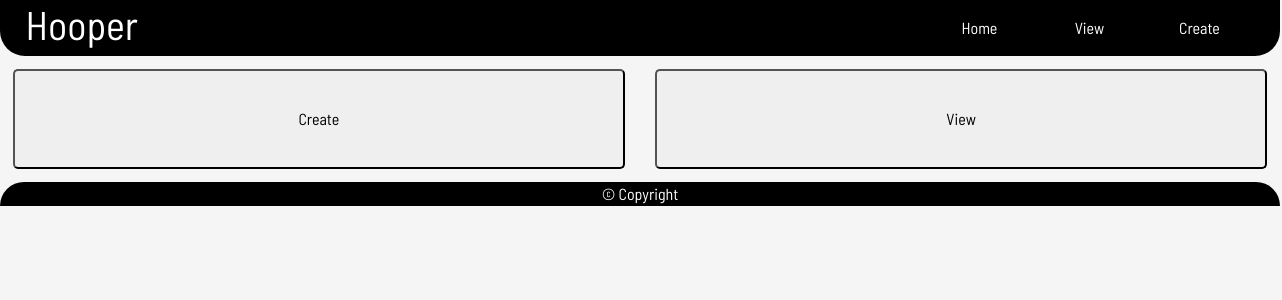
Repository: vlasarte/Hooper
Page: index.html
An editor plug-in stored every save of this project. The page is shown before and after the next save, followed by the edit.
The browser window is 1280 px wide. The page is 1282 px wide, so the pictures cover 1282 px, including what lies to the right of the window. The pictures show the whole page.

Above is the page before, as saved 2020-02-24 17:32:00.

### index.html
<!DOCTYPE html>
<!--[if lt IE 7]>      <html class="no-js lt-ie9 lt-ie8 lt-ie7"> <![endif]-->
<!--[if IE 7]>         <html class="no-js lt-ie9 lt-ie8"> <![endif]-->
<!--[if IE 8]>         <html class="no-js lt-ie9"> <![endif]-->
<!--[if gt IE 8]><!--> <html class="no-js"> <!--<![endif]-->
    <head>
        <meta charset="utf-8">
        <meta http-equiv="X-UA-Compatible" content="IE=edge">
        <title>Hooper</title>
        <meta name="description" content="">
        <meta name="viewport" content="width=device-width, initial-scale=1">
        <link href="https://fonts.googleapis.com/css?family=Barlow+Semi+Condensed&display=swap" rel="stylesheet">
        <link rel="stylesheet" href="https://stackpath.bootstrapcdn.com/bootstrap/4.3.1/css/bootstrap.min.css" integrity="sha384-ggOyR0iXCbMQv3Xipma34MD+dH/1fQ784/j6cY/iJTQUOhcWr7x9JvoRxT2MZw1T" crossorigin="anonymous">
        <link rel="stylesheet" href="assets/css/style.css">
    </head>
    <body>

        <header>
            <h1>Hooper</h1>
            <div class="dropdown">
                <button class="dropbtn">Create</button>
                <div class="dropdown-content">
                    <a href="#">Player</a>
                    <a href="#">Team</a>
                    <a class="dropdown-content-last" href="#">Game</a>
                </div>
            </div>
            <div class="dropdown">
                <button class="dropbtn">View</button>
                <div class="dropdown-content">
                    <a href="viewplayers.html">Players</a>
                    <a href="#">Teams</a>
                    <a class="dropdown-content-last" href="#">Games</a>
                </div>
            </div>
            <div class="dropdown">
                <button style="border-radius: 25px;" class="dropbtn">Home</button>
            </div>
        </header>

        <div class="body-container">

            <div class="row">
                <div class="col-6">
                    <button>Create</button>
                </div>
                <div class="col-6">
                    <button>View</button>
                </div>
            </div>
        </div>


        <footer>
            &copy Copyright
        </footer>

        <script src="assets/js/javascript.js" async defer></script>
    </body>
</html>

### assets/css/style.css
/* default settings */

body {
    font-family: 'Barlow Semi Condensed', sans-serif;
    background: whitesmoke;
}


/* header section */

header {
    font-family: 'Barlow Semi Condensed', sans-serif;
    width: 100%;
    height: 56px;
    background: black;
    color: white;
    padding: 0% 2%;
    border-radius: 0px 0px 25px 25px;
    position: sticky;
    top: 0;
    z-index: 1;
}

header h1 {
    float: left;
    height: 56px;
    margin: 0px;
}


/* hover dropdowns */

.dropbtn {
    height: 56px;
    font-family: 'Barlow Semi Condensed', sans-serif;
    min-width: 100px;
    background-color: black;
    color: white;
    padding: 16px;
    font-size: 16px;
    border: none;
    border-radius: 25px 25px 0px 0px;
}

.dropdown {
    margin: 0px 5px;
    float: right;
    position: relative;
    display: inline-block;
}

.dropdown-content {
    text-align: center;
    display: none;
    position: absolute;
    background-color: #f1f1f1;
    width: 100px;
    box-shadow: 0px 8px 16px 0px rgba(0, 0, 0, 0.2);
    z-index: 1;
    border-radius: 0px 0px 25px 25px;
}

.dropdown-content a {
    color: black;
    padding: 12px 16px;
    text-decoration: none;
    display: block;
}

.dropdown-content a:hover {
    background-color: #ddd;
}

.dropdown:hover .dropdown-content {
    display: block;
}

.dropdown:hover .dropbtn {
    background-color: #ddd;
    color: black;
}

.dropdown-content-last {
    border-radius: 0px 0px 25px 25px;
}

/* body container */

.body-container {
    padding: 1%;
}

button {
    border-radius: 5px;
    width: 100%;
    height: 100px;
}

th {
    text-align: center;
    color: black;
    font-weight: bold;
}

td {
    text-align: center;
}


/* footer section */

footer {
    width: 100%;
    text-align: center;
    background: black;
    color: white;
    border-radius: 25px 25px 0px 0px;
}

### assets/js/javascript.js
var player = {
    name: "LeBron James",
    team: "LAL",
    position: "SF",
    PPG: 25.0,
    APG: 10.8,
    RPG: 7.8
}

var playerName = [
    "LeBron James",
    "Anthony Davis",
    "James Harden",
    "Kawhi Leonard",
    "Luka Doncic",
    ""]

After the next save:
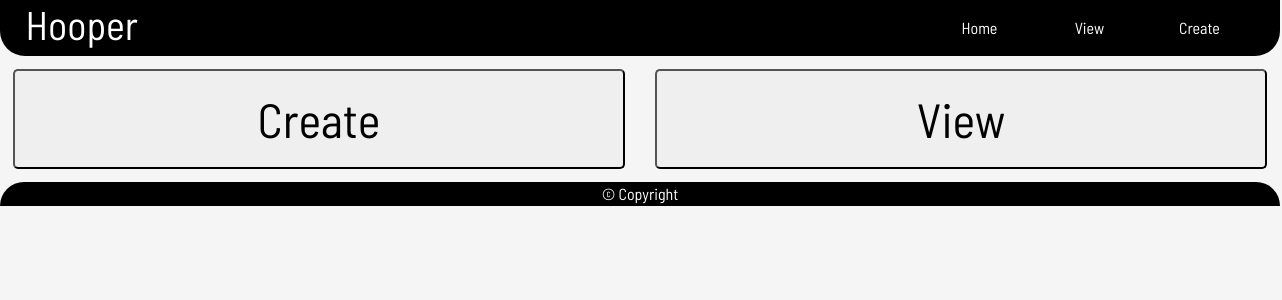
Saved 13 s later.
--- a/assets/css/style.css
+++ b/assets/css/style.css
@@ -94,6 +94,7 @@ button {
     border-radius: 5px;
     width: 100%;
     height: 100px;
+    font-size: 48px;
 }
 
 th {
